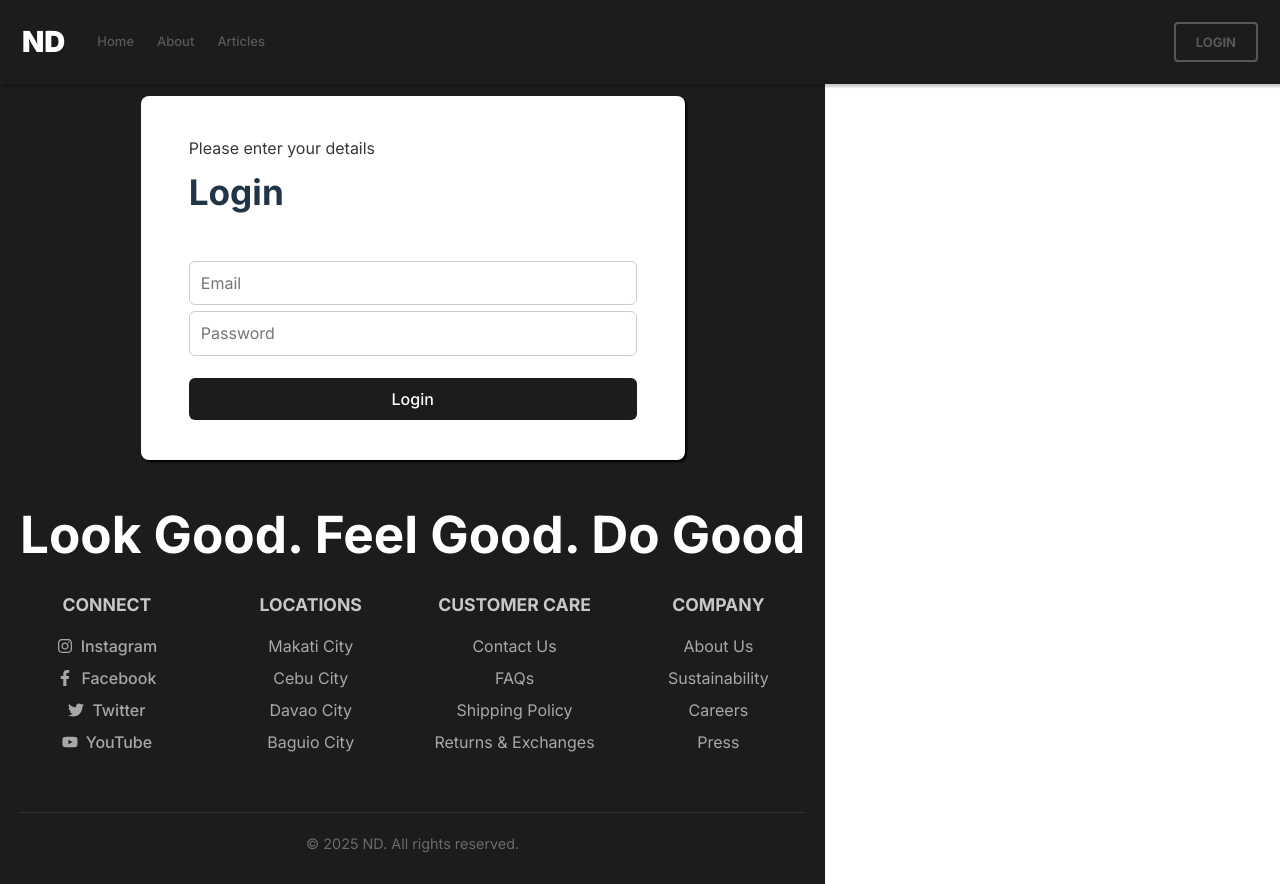
Repository: neomdavid/advancedwebprogramming
Page: /login
The author's editor kept a copy of each file at every save. The page is drawn from the files as they stood at one save, then again after a run of saves.
The browser window is 1280 px wide. The pictures show the whole page.
The project was rebuilt for these pictures with package versions that can differ from the ones it lists, and the page was loaded fresh each time. Also part of the build but not shown: vite.config.js, src/styles/AboutPage.css, src/pages/AboutPAge.jsx, src/styles/ArticleList.css, src/article-content.js, src/components/ArticleList.jsx, src/pages/ArticleListPage.jsx, src/styles/ArticlePage.css and 6 more.

Above is the page before, as saved 2025-04-22 08:33:16.

### index.html
<!DOCTYPE html>
<html lang="en">
  <head>
    <meta charset="UTF-8" />
    <link rel="icon" type="image/svg+xml" href="/vite.svg" />
    <meta name="viewport" content="width=device-width, initial-scale=1.0" />
    <link rel="preconnect" href="https://fonts.googleapis.com" />
    <link rel="preconnect" href="https://fonts.gstatic.com" crossorigin />
    <link
      href="https://fonts.googleapis.com/css2?family=Inter:ital,opsz,wght@0,14..32,100..900;1,14..32,100..900&display=swap"
      rel="stylesheet"
    />
    <title>Vite + React</title>
  </head>
  <body>
    <div id="root"></div>
    <script type="module" src="/src/main.jsx"></script>
  </body>
</html>

### src/App.jsx
import "./App.css";
import Layout from "./components/Layout";
import AboutPage from "./pages/AboutPAge";
import ArticleListPage from "./pages/ArticleListPage";
import ArticlePage from "./pages/ArticlePage";
import HomePage from "./pages/HomePage";
import { createBrowserRouter, RouterProvider } from "react-router-dom";
import NotFoundPage from "./pages/NotFoundPage";
import LoginPage from "./pages/LoginPage";
import RegistrationPage from "./pages/RegistrationPage";

const routes = [
  {
    path: "/",
    element: <Layout />,
    errorElement: <NotFoundPage />,
    children: [
      {
        path: "/",
        element: <HomePage />,
      },
      {
        path: "/about",
        element: <AboutPage />,
      },
      {
        path: "/articles",
        element: <ArticleListPage />,
      },
      {
        path: "/articles/:id",
        element: <ArticlePage />,
      },
      {
        path: "/login",
        element: <LoginPage />,
      },
      {
        path: "/register",
        element: <RegistrationPage />,
      },
    ],
  },
];

const router = createBrowserRouter(routes);

function App() {
  return (
    <>
      <RouterProvider router={router} />
    </>
  );
}

export default App;

### src/App.css
* {
  margin: 0;
  padding: 0;
  font-family: "Inter";
}

button {
  padding: 0;
  margin: 0;
  border: none;
}

nav a,
a {
  color: inherit;
  text-decoration: none;
}
nav ul {
  list-style: none;
  padding: 0;
  margin: 0;
}
.heading {
  font-size: 2.5rem;
  margin-bottom: 1.5rem;
  color: rgb(51, 51, 51);
}

.content {
  line-height: 1.6;
  margin-bottom: 1.5rem;
  font-size: 1.1rem;
}

.outlet-container {
  margin-top: 80px;
}
footer {
  background-color: #1c1c1c;
  color: white;
  display: flex;
  flex-direction: column;
  align-items: center;
  padding: 30px 20px;
  gap: 30px;
  text-align: center;
}

.footer-item-container {
  display: grid;
  grid-template-columns: 1fr;
  gap: 30px;
  width: 100%;
  max-width: 1200px;
}

.footer-item {
  margin-bottom: 20px;
}

.footer-item h2 {
  font-size: 1.1rem;
  margin-bottom: 15px;
  text-transform: uppercase;
  color: #c7c7c7;
}

.footer-item p {
  margin: 8px 0;
  color: #a8a8a8;
}

.social-links {
  display: flex;
  flex-direction: column;
  gap: 8px;
}

.social-links a {
  color: #a8a8a8;
  display: flex;
  align-items: center;
  gap: 8px;
  justify-content: center;
  text-decoration: none;
  transition: color 0.3s ease;
}

.social-links a:hover {
  color: white;
}

.footer-copyright {
  margin-top: 20px;
  color: #6a6a6a;
  font-size: 0.9rem;
  width: 100%;
  border-top: 1px solid #333;
  padding-top: 20px;
}

@media (min-width: 768px) {
  .footer-item-container {
    grid-template-columns: repeat(4, 1fr);
    text-align: center;
  }

  .social-links {
    align-items: center;
  }

  .footer-item {
    margin-bottom: 0;
  }
}

### src/components/Layout.jsx
import { Outlet } from "react-router-dom";
import Navbar from "./Navbar";
import "../App.css";
import Footer from "./Footer";
const Layout = () => {
  return (
    <>
      <Navbar />
      <div className="outlet-container">
        <Outlet />
      </div>

      <Footer />
    </>
  );
};

export default Layout;

### src/pages/LoginPage.jsx
import React from "react";
import "../styles/LoginPage.css";

const LoginPage = () => {
  return (
    <main className="">
      <div className="card">
        <p>Please enter your details</p>
        <h2>Login</h2>
        <input type="email" placeholder="Email" className="input" />
        <input type="password" placeholder="Password" className="input" />
        <button className="login-button">Login</button>
      </div>
    </main>
  );
};

export default LoginPage;

### src/components/Navbar.jsx
import React from "react";
import { Link, NavLink } from "react-router-dom";
import Button from "./Button";
import "../styles/Navbar.css";
const Navbar = () => {
  return (
    <nav className="">
      <div className="left-section">
        <div className="logo">
          <h1>
            N<span>D</span>
          </h1>
        </div>
        <ul>
          <li>
            <NavLink
              to="/"
              className={({ isActive }) =>
                isActive ? "nav-link active" : "nav-link"
              }
            >
              Home
            </NavLink>
          </li>
          <li>
            <NavLink
              to="/about"
              className={({ isActive }) =>
                isActive ? "nav-link active" : "nav-link"
              }
            >
              About
            </NavLink>
          </li>
          <li>
            <NavLink
              to="/articles"
              className={({ isActive }) =>
                isActive ? "nav-link active" : "nav-link"
              }
            >
              Articles
            </NavLink>
          </li>
        </ul>
      </div>

      <Button>
        <p>Login</p>
      </Button>
    </nav>
  );
};

export default Navbar;

### src/components/Footer.jsx
import React from "react";
import { FaInstagram, FaFacebookF, FaTwitter, FaYoutube } from "react-icons/fa";

const Footer = () => {
  return (
    <footer>
      <h1>Look Good. Feel Good. Do Good</h1>
      <div className="footer-item-container">
        <div className="footer-item">
          <h2>Connect</h2>
          <div className="social-links">
            <a href="#">
              <FaInstagram /> Instagram
            </a>
            <a href="#">
              <FaFacebookF /> Facebook
            </a>
            <a href="#">
              <FaTwitter /> Twitter
            </a>
            <a href="#">
              <FaYoutube /> YouTube
            </a>
          </div>
        </div>

        <div className="footer-item">
          <h2>Locations</h2>
          <p>Makati City</p>
          <p>Cebu City</p>
          <p>Davao City</p>
          <p>Baguio City</p>
        </div>

        <div className="footer-item">
          <h2>Customer Care</h2>
          <p>Contact Us</p>
          <p>FAQs</p>
          <p>Shipping Policy</p>
          <p>Returns & Exchanges</p>
        </div>

        <div className="footer-item">
          <h2>Company</h2>
          <p>About Us</p>
          <p>Sustainability</p>
          <p>Careers</p>
          <p>Press</p>
        </div>
      </div>

      <div className="footer-copyright">
        <p>&copy; {new Date().getFullYear()} ND. All rights reserved.</p>
      </div>
    </footer>
  );
};

export default Footer;

### src/components/Button.jsx
import "../styles/Button.css";
const Button = ({ children, onClick }) => {
  return (
    <button className="custom-button" onClick={onClick}>
      {children}
    </button>
  );
};

export default Button;

### src/styles/LoginPage.css
main {
  display: flex;
  justify-content: center;
  align-items: center;
  background-color: #1c1c1c;
  height: 55vh;
}
.card {
  display: flex;
  flex-direction: column;
  background-color: white;
  padding: 2.5rem 3rem;
  border-radius: 8px;
  box-shadow: 2px 2px 2px rgba(0, 0, 0, 1);
  gap: 6px;
  width: 35vw;
  min-width: 250px;
}

.card p {
  color: #373737;
  font-weight: 400;
}
.card h2 {
  font-size: 2.2rem;
  margin-bottom: 8%;
}
.input {
  padding: 0.7rem;
  font-size: 1rem;
  border: 1px solid #ccc;
  border-radius: 6px;
  outline: none;
  transition: border-color 0.3s ease;
}

.input:focus {
  border-color: #1c1c1c;
}

.login-button {
  margin-top: 1rem;
  padding: 0.7rem;
  font-size: 1rem;
  background-color: #1c1c1c;
  color: white;
  border: none;
  border-radius: 6px;
  cursor: pointer;
  transition: background-color 0.3s ease;
}

.login-button:hover {
  background-color: #333;
}

### src/styles/Navbar.css
nav {
  background-color: #1c1c1c;
  display: flex;
  justify-content: space-between;
  align-items: center;
  color: #ffffff;
  padding: 22px 22px;
  box-shadow: 3px 3px 2px rgba(0, 0, 0, 0.2);
  position: fixed;
  top: 0;
  left: 0;
  right: 0;
  z-index: 100000;
}
ul {
  display: flex;
  align-items: center;
  gap: 23px;
  font-size: small;
  font-weight: 600;
}
.left-section {
  display: flex;
  gap: 32px;
}

.logo h1 {
  font-weight: 900;
  font-size: 29px;
}
.logo span {
  font-weight: 900;
}

.nav-link {
  color: #585858;
  transition: all 0.3s;
}
.nav-link.active {
  color: white;
}
.nav-link:hover {
  color: #afafaf;
}
.nav-link.active:hover {
  color: white;
}

### src/styles/Button.css
.custom-button {
  padding: 10px 20px;
  background-color: transparent;
  border: solid 2px #585858;
  border-radius: 4px;
  color: #585858;
  text-transform: uppercase;
  font-weight: bold;
  font-size: small;
  transition: all 0.3s ease;
}
.custom-button:hover {
  cursor: pointer;
  border: solid 2px rgba(255, 255, 255, 0.811);
  color: rgba(255, 255, 255, 0.811);
  border-radius: 8px;
}

Loaded but not shown: src/main.jsx (common file); src/index.css (common file)

After the next 2 saves:
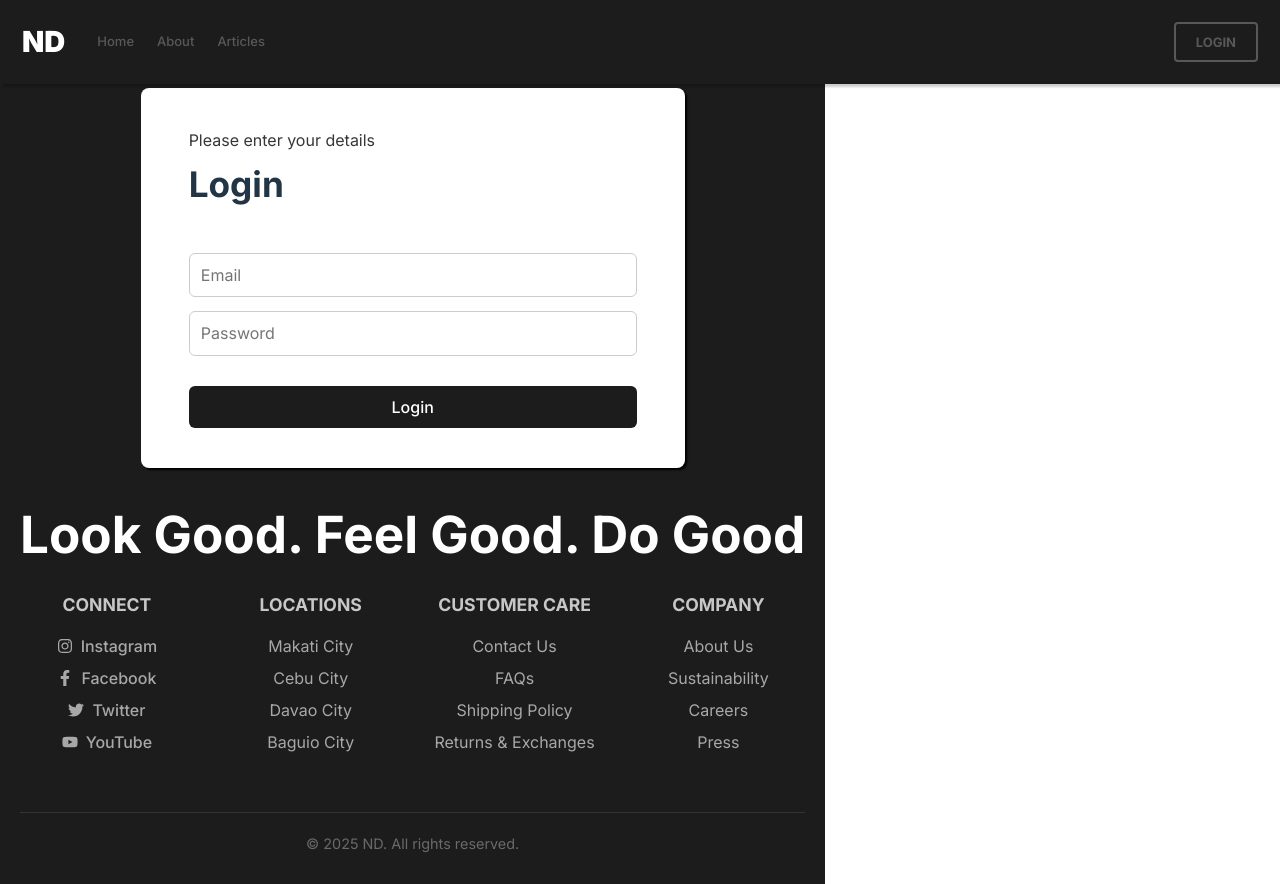
The 2 saves are shown as one change because they came seconds apart.
The last was saved 25 s later.
--- a/src/styles/LoginPage.css
+++ b/src/styles/LoginPage.css
@@ -32,6 +32,7 @@ main {
   border-radius: 6px;
   outline: none;
   transition: border-color 0.3s ease;
+  margin-bottom: 8px;
 }
 
 .input:focus {
